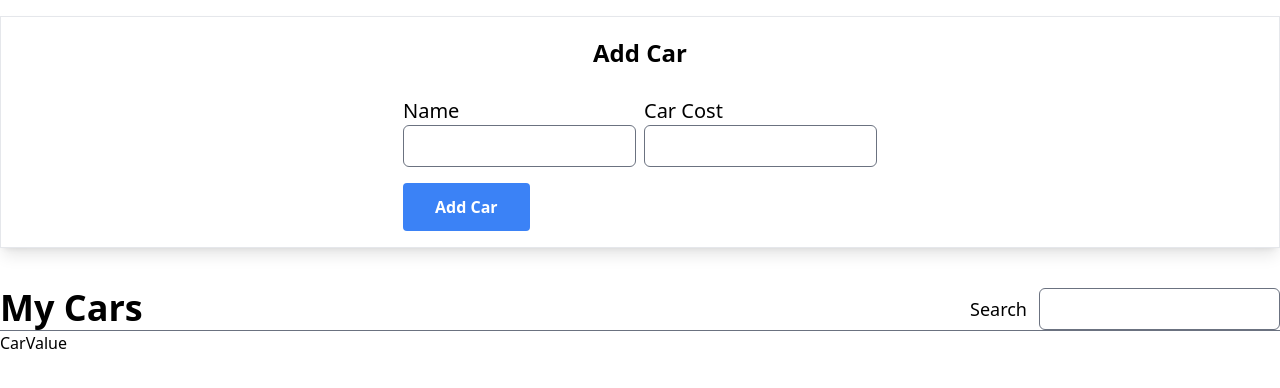
Repository: Marhamat92/carsappreduxtoolkit
Page: /
The author's editor kept a copy of each file at every save. The page is drawn from the files as they stood at one save, then again after the next save.
The browser window is 1280 px wide. The pictures show the whole page.
The project was rebuilt for these pictures with package versions that can differ from the ones it lists, and the page was loaded fresh each time.

Above is the page before, as saved 2023-01-24 00:07:27.

### src/index.js
import React from 'react';
import ReactDOM from 'react-dom/client';
import './index.css';
import App from './App';
import { Provider } from 'react-redux';
import { store } from './store'


const root = ReactDOM.createRoot(document.getElementById('root'));
root.render(
  <Provider store={store}>
    <App />
  </Provider>
);

### src/App.js
import CarForm from "./components/CarForm";
import CarList from "./components/CarList";
import CarSearch from "./components/CarSearch";
import CarValue from "./components/CarValue";


function App() {
  return (
    <div className="container mx-auto">
      <CarForm />
      <CarSearch />
      <CarList />
      <CarValue />
    </div>
  );
}

export default App;

### src/store/index.js
import { configureStore } from "@reduxjs/toolkit";
import {
  carsReducer,
  addCar,
  removeCar,
  changeSearchTerm,
} from "./slices/carsSlice";
import { formReducer, changeName, changeCost } from "./slices/formSlice";

const store = configureStore({
  reducer: {
    cars: carsReducer,
    form: formReducer,
  },
})

export { store, addCar, removeCar, changeSearchTerm, changeName, changeCost };

### src/components/CarForm.js
import React from 'react'
import { useDispatch, useSelector } from 'react-redux'
import { changeName, changeCost, addCar } from '../store'



function CarForm() {
  const dispatch = useDispatch(); // this is the hook that allows us to dispatch actions to the store
  const { name, cost } = useSelector((state) => { // this is the hook that allows us to access the store
    return {
      name: state.form.name,
      cost: state.form.cost
    }
  })


  const handleNameChange = (e) => {
    dispatch(changeName(e.target.value))
  }

  const handleCostChange = (e) => {
    const carCost = parseInt(e.target.value) || 0;
    dispatch(changeCost(carCost))

  }


  const handleSubmit = (e) => {
    e.preventDefault();
    dispatch(addCar({ name, cost }))
  }


  //!after adding a car, clear the form fields with extra reducers which will be added to the formSlice,otherwise we can use dispatch(changeName('')) and dispatch(changeCost(0)) to clear the form fields but it is not a good practice



  return (
    <div className='flex flex-col items-center justify-center border shadow-lg py-4 mt-4'>
      <h1 className='font-bold text-2xl py-1' >Add Car</h1>
      <div className='mt-6'>
        <form onSubmit={handleSubmit} className=''>
          <div className='flex flex-row space-x-2'>
            <div className='flex flex-col'>
              <label className='text-xl' htmlFor='make'>Name</label>
              <input className=' border border-gray-500 rounded-md py-2

              ' value={name} onChange={handleNameChange} type='text' name='carName' id='carName' />
            </div>
            <div className='flex flex-col'>
              <label className='text-xl' htmlFor='price'>Car Cost</label>
              <input className=' border border-gray-500 rounded-md py-2

              ' value={cost || ''} onChange={handleCostChange} type='number' name='price' id='price' />
            </div>
          </div>
          <button className='bg-blue-500 hover:bg-blue-700 text-white font-bold py-3  px-8 rounded mt-4' type='submit'>Add Car</button>
        </form>
      </div>
    </div>
  )
}

export default CarForm

### src/components/CarList.js
import React from 'react'
import { useSelector, useDispatch } from 'react-redux'
import { removeCar } from '../store'


function CarList() {


  const dispatch = useDispatch();

  const cars = useSelector((state) => {
    return state.cars.data;
  })

  const handleDeleteCar = (car) => {
    dispatch(removeCar(car.id))
  }



  const renderedCars = cars.map((car) => {
    return (
      <div className='flex justify-between space-y-3 items-center shadow-lg mt-4 py-2 px-4 rounded-md' key={car.id}>
        <p className='text-3xl' >{car.name} - ${car.cost}</p>
        <button onClick={() => handleDeleteCar(car)} className='bg-red-500 px-4 py-2 text-3xl rounded-md'>
          Remove
        </button>
      </div>
    )
  })




  return (
    <div>{renderedCars}</div>
  )
}

export default CarList

### src/components/CarSearch.js
import React from 'react'
import { useSelector, useDispatch } from 'react-redux'
import { changeSearchTerm } from '../store'


function CarSearch() {

  const dispatch = useDispatch();
  const searchTerm = useSelector((state) => {

    return state.cars.searchTerm

  })

  const handleSearchCarTerm = (e) => {
    dispatch(changeSearchTerm(e.target.value))
  }



  return (
    <div>
      <div className='flex justify-between mt-10 border-b border-gray-500' >
        <h1 className='text-4xl font-bold' >My Cars</h1>
        <div className='flex space-x-3 items-center' >
          <label className='text-lg' htmlFor="">Search</label>
          <input value={searchTerm} onChange={handleSearchCarTerm} className='pl-2 border border-gray-500 py-2 rounded-md' type="text" />
        </div>
      </div>
    </div>
  )
}

export default CarSearch

### src/components/CarValue.js
import React from 'react'

function CarValue() {
  return (
    <div>CarValue</div>
  )
}

export default CarValue

### src/store/slices/carsSlice.js
import { createSlice, nanoid } from '@reduxjs/toolkit';

const carsSlice = createSlice({
  name: 'cars',
  initialState: {
    data: [],
    searchTerm: ''
  },
  reducers: {
    changeSearchTerm(state, action) {
      state.searchTerm = action.payload;
    },
    addCar(state, action) {
      //Assumption:
      //action.payload is an object with the following properties:
      //name, cost, id
      state.data.push({
        name: action.payload.name,
        cost: action.payload.cost,
        id: nanoid()
      })
    },
    removeCar(state, action) {
      //Assumption:
      //action.payload is the id of the car to remove
      const updatedCars = state.data.filter((car) => {
        return car.id !== action.payload;
      })
      state.data = updatedCars;
    }

  }
})

export const { changeSearchTerm, addCar, removeCar } = carsSlice.actions;
export const carsReducer = carsSlice.reducer;

### src/store/slices/formSlice.js
import { createSlice } from '@reduxjs/toolkit';
import { addCar } from './carsSlice';

const formSlice = createSlice({
  name: 'form',
  initialState: {
    name: '',
    cost: 0
  },
  reducers: {
    changeName(state, action) {
      state.name = action.payload;
    },
    changeCost(state, action) {
      state.cost = action.payload;
    }
  },
  extraReducers(builder) {
    builder.addCase(addCar, (state, action) => {
      state.name = '';
      state.cost = 0;
    })
  }
})

//extraReducers is a function that takes a builder object as an argument and we can use the builder object to add extra reducers to the formSlice
//addCase is a function that takes an action and a reducer as arguments and adds the reducer to the formSlice
//the reducer will be called when the action is dispatched


export const { changeName, changeCost } = formSlice.actions;
export const formReducer = formSlice.reducer;

Loaded but not shown: public/index.html (common file); src/index.css (common file); tailwind.config.js (common file)

After the next save:
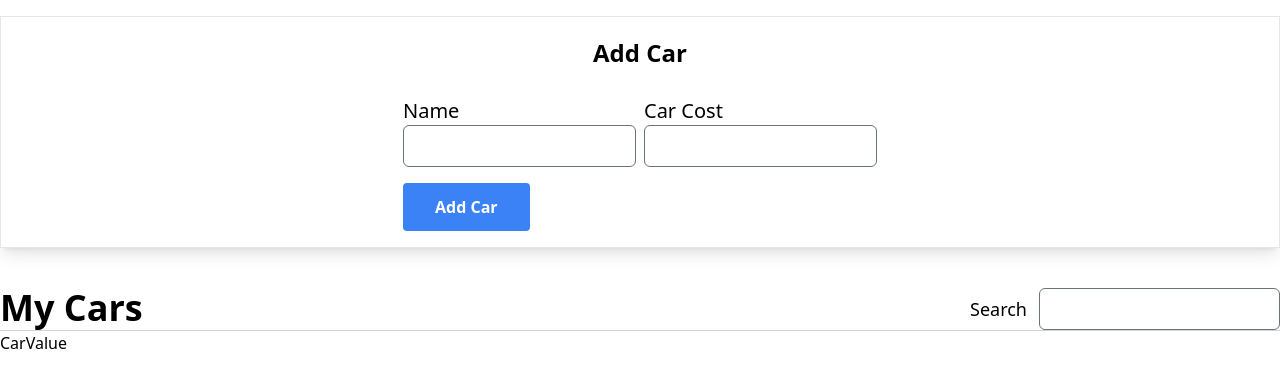
Saved 12 s later.
--- a/src/components/CarSearch.js
+++ b/src/components/CarSearch.js
@@ -20,7 +20,7 @@ function CarSearch() {
 
   return (
     <div>
-      <div className='flex justify-between mt-10 border-b border-gray-500' >
+      <div className='flex justify-between mt-10 border-b border-gray-300' >
         <h1 className='text-4xl font-bold' >My Cars</h1>
         <div className='flex space-x-3 items-center' >
           <label className='text-lg' htmlFor="">Search</label>
